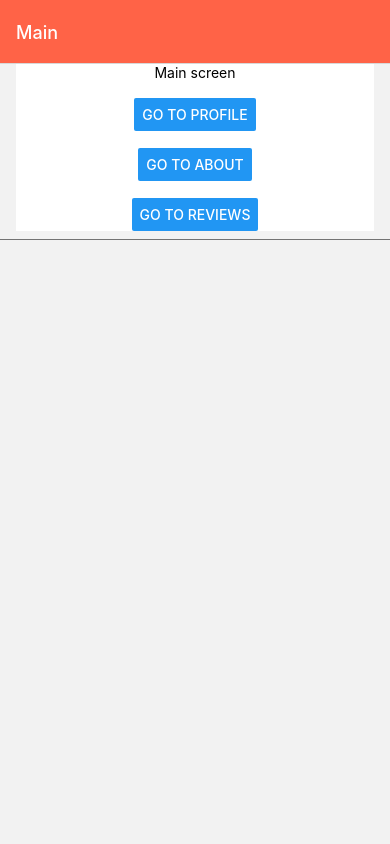
Repository: LingyuLiu11/mobile_app
Screen: /
These files come from the project's save history. The screen is drawn as it stood at one moment and after the next save; the edit follows.
The app was drawn by React Native's web renderer in a window 390 px wide. The project was rebuilt for these pictures with package versions that can differ from the ones it lists, and the page was loaded fresh each time. Also part of the build but not shown: components/Reviews.js.

Above is the screen before, as saved 2021-10-24 22:43:47.

### App.js
import * as React from 'react';
import { Image, TextInput, FlatList, StyleSheet, View, Button, Text, Animated } from 'react-native';
import { NavigationContainer } from '@react-navigation/native';

import { createStackNavigator } from '@react-navigation/stack';
import Reviews from './components/Reviews'
import AsyncStorage from '@react-native-async-storage/async-storage';


const Separator = () => (
  <View style={styles.separator} />
);



function Main({ navigation }) {


  return (


    <div>
      <View style={styles.container}>
        <Text>Main screen</Text>
        <Separator />
        <Button
          margintop = '10'
          title="Go to Profile"
          onPress={() => navigation.navigate('Profile')}
        />
        <Separator />

      </View>
      <View style = {styles.container}>
        <Button
          margintop = '10'
          title="Go to About"
          onPress={() => navigation.navigate('About')}
        />
        <Separator />
      </View>
      <View style = {styles.container}>
        <Button
          margintop = '10'
          title="Go to Reviews"
          onPress={() => navigation.navigate('Review')}
        />
      </View>
       <Separator />

    </div>
  );
}

function Profile({ navigation }) {

  const [text, setText] = React.useState("Your name");
  return (
    <div>
      <View style={{ flex: 1, justifyContent: 'center', alignItems: 'center' }}>
        <Text>Profile screen</Text>
        <Separator />
        <Button title="Go back" onPress={() => navigation.goBack()} />
      </View>


      <View style={{ flex: 1, justifyContent: 'center', alignItems: 'center' }}>
        <TextInput
          style={styles.input}
          placeholder="Your name"
          value={text}
          onChangeText={text => setText(text)}
        />
        <Text style={{padding: 10, fontSize: 42}}>
        Hello {text.split(' ').map((word) => word ).join(' ')}
        </Text>
      </View>

      <View style={{ flex: 1, justifyContent: 'center', alignItems: 'center', flexDirection: "row" }}>
        <View style={{ flex: 1, justifyContent: 'center', alignItems: 'center' }}>
          <Image
            style={{
              resizeMode: "cover",
              height: 100,
              width: 200
            }}
            source={"https://upload.wikimedia.org/wikipedia/en/2/27/Total_War_Warhammer_3_cover_art.jpg"}
          />
          <Text>Totalwar Warhammer 3!</Text>
          </View>
        <Separator />
        <View style={{ flex: 1, justifyContent: 'center', alignItems: 'center' }}>
          <Image
            style={{
              resizeMode: "cover",
              height: 100,
              width: 200
            }}
            source={"https://www.nme.com/wp-content/uploads/2021/09/Total-Warhammer-3-Grand-Cathay-Dragon.jpg"}
          />
        <Text>Grand Cathay</Text>
        </View>
        <View style={{ flex: 1, justifyContent: 'center', alignItems: 'center' }}>

        <Image
          style={{
            resizeMode: "cover",
            height: 100,
            width: 200
          }}
          source={"https://encrypted-tbn0.gstatic.com/images?q=tbn:ANd9GcSM9n6tQzcRE8CXMXP5GXIIgYIF3wXVMZy4JA&usqp=CAU"}
        />
        <Text>Kislev</Text>
        </View>

      </View>


    </div>
  );
}

function About({ navigation }) {
  return (
    <div>
      <View style={{ flex: 1, justifyContent: 'center', alignItems: 'center' }}>
        <Text>About screen</Text>
        <Separator />
        <FlatList
          data={[
            {key: 'Lingyu Liu'},
            {key: 'CS 153A'},
            {key: 'Assignment2'},

          ]}
          renderItem={({item}) => <Text style={styles.item}>{item.key}</Text>}
        />

      </View>

      <View style = {styles.container}>
          <Button title="Go back" onPress={() => navigation.goBack()} />
      </View>
    </div>
  );
}

function Review({ navigation }) {
  return (
    <div>
      <View style = {styles.container}>
          <Button title="Go back" onPress={() => navigation.goBack()} />
      </View>
      <Reviews />
    </div>

  );
}

function BuildArmy({ navigation }) {
  return (
    <div>
      <View style = {styles.container}>
          <Button title="Go back" onPress={() => navigation.goBack()} />
      </View>
      <Reviews />
    </div>

  );
}



const forFade = ({ current, next }) => {
  const opacity = Animated.add(
    current.progress,
    next ? next.progress : 0
  ).interpolate({
    inputRange: [0, 1, 2],
    outputRange: [0, 1, 0],
  });

  return {
    leftButtonStyle: { opacity },
    rightButtonStyle: { opacity },
    titleStyle: { opacity },
    backgroundStyle: { opacity },
  };
};

const Stack = createStackNavigator();

function MyStack() {
  return (
    <Stack.Navigator>
      <Stack.Screen
        name="Main"
        component={Main}
        options={{
          headerTintColor: 'white',
          headerStyle: { backgroundColor: 'tomato' },
        }}
      />
      <Stack.Screen
        name="Profile"
        component={Profile}
        options={{ headerStyleInterpolator: forFade }}
      />
      <Stack.Screen
        name="About"
        component={About}
        options={{ headerStyleInterpolator: forFade }}
      />
      <Stack.Screen
        name="Review"
        component={Review}
        options={{ headerStyleInterpolator: forFade }}
      />
      <Stack.Screen
        name="Build"
        component={BuildArmy}
        options={{ headerStyleInterpolator: forFade }}
      />



    </Stack.Navigator>
  );
}



export default function App() {
  return (
    <NavigationContainer>
      <MyStack />
    </NavigationContainer>
  );
}

const styles = StyleSheet.create({
  container: {
    flex: 1,
    justifyContent: 'center',
    alignItems: 'center',
    backgroundColor: '#fff',
    alignItems: 'center',
    justifyContent: 'center',
    marginHorizontal: 16,
  },
  separator: {
    marginVertical: 8,
    borderBottomColor: '#737373',
    borderBottomWidth: StyleSheet.hairlineWidth,
  },
  item: {
    padding: 10,
    fontSize: 18,
    height: 44,
  },
  input: {
    height: 40,
    margin: 12,
    borderWidth: 1,
    padding: 10,
  },
});

After the next save:
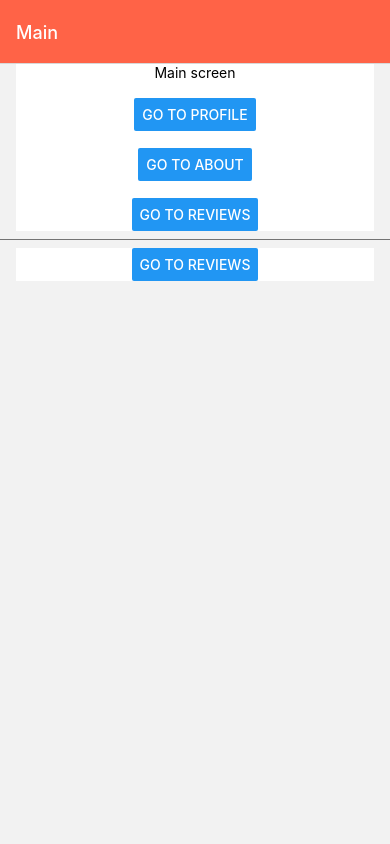
Saved 22 s later.
--- a/App.js
+++ b/App.js
@@ -47,6 +47,14 @@ function Main({ navigation }) {
         />
       </View>
        <Separator />
+
+       <View style = {styles.container}>
+        <Button
+          margintop = '10'
+          title="Go to Reviews"
+          onPress={() => navigation.navigate('Review')}
+        />
+      </View>
 
     </div>
   );
